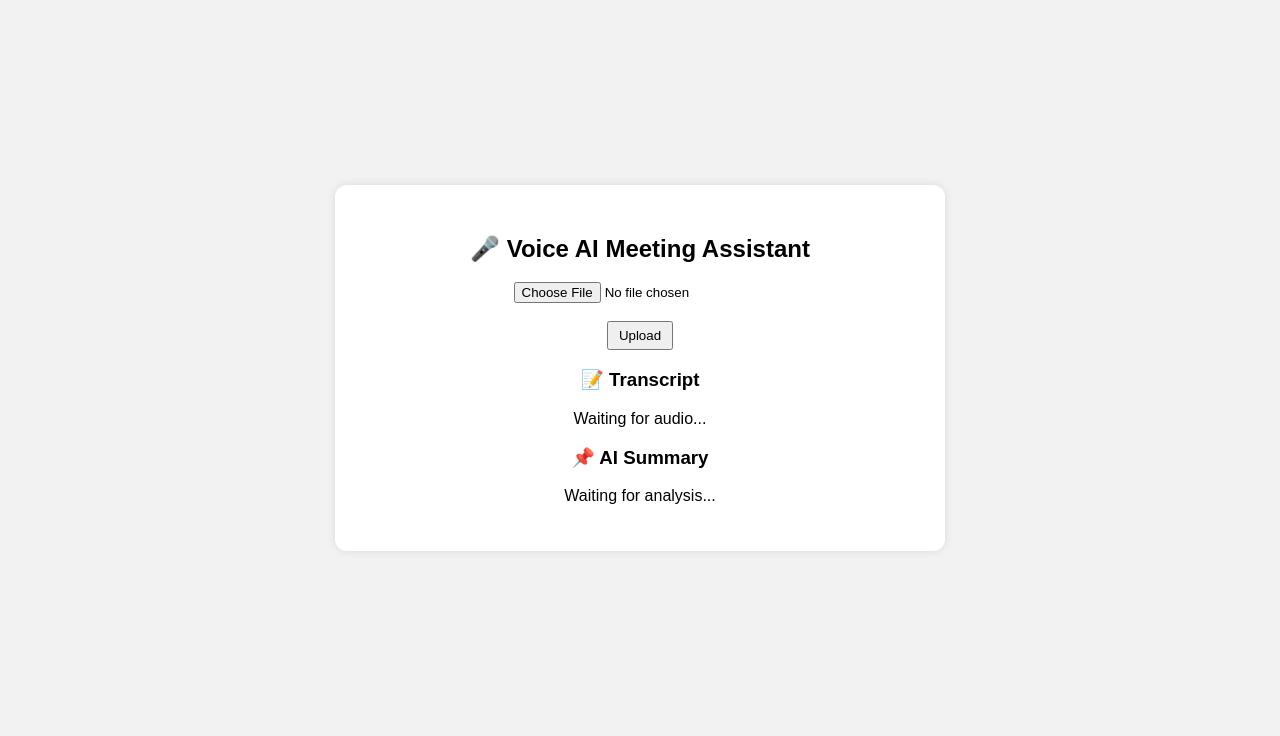
Repository: MujtabaHabib/Voice-AI-Meeting-Assistant
Page: index.html
These files come from the project's save history. The page is drawn as it stood at one moment and after a run of saves; the edit follows.
The browser window is 1280 px wide. The pictures show the whole page.

Above is the page before, as saved 2026-02-01 22:10:07.

### index.html
<!DOCTYPE html>
<html lang="en">
<head>
    <meta charset="UTF-8">
    <meta name="viewport" content="width=device-width, initial-scale=1.0">
    <link rel="stylesheet" href="style.css">
    <title>Voice AI Agent</title>
</head>
<body>
    <div class="container">
    <h2>🎤 Voice AI Meeting Assistant</h2>

    <input type="file" name="file" id="audioFile">
    <br><br>
    <button onclick="send()">Upload</button>

    <div class="box">
        <h3>📝 Transcript</h3>
        <p id="transcript">Waiting for audio...</p>
    </div>

    <div class="box">
        <h3>📌 AI Summary</h3>
        <p id="summary">Waiting for analysis...</p>
    </div>
</div>
<script>
    async function send() {
        const file = document.getElementById("audioFile").files[0]
        const form = new FormData()
        form.append("file",file)

        document.getElementById("transcript").innerText = "processing..."
        document.getElementById("summary").innerText = "AI is thinking.."

    const res = await fetch("http://127.0.0.1:8000/voice-agent",{
        method : "POST",
        body : form
    })

    const data = await res.json()

    document.getElementById("transcript").innerText = data.transcript
    document.getElementById("summary").innerText = data.summary
}
</script>
</body>
</html>

### style.css
body{
    font-family:Arial,sans-serif;
    height: 100vh;
    background-color: #f2f2f2;
    display: flex;
    align-items: center;
    justify-content: center;
}

.container{
    background-color: white;
    padding: 30px;
    width: 550px;
    border-radius: 12px;
    box-shadow: 0 0 10px rgba(0,0,0,0.1);
    text-align: center;
}

button{
    padding: 5px 10px;
}

After the next 7 saves:
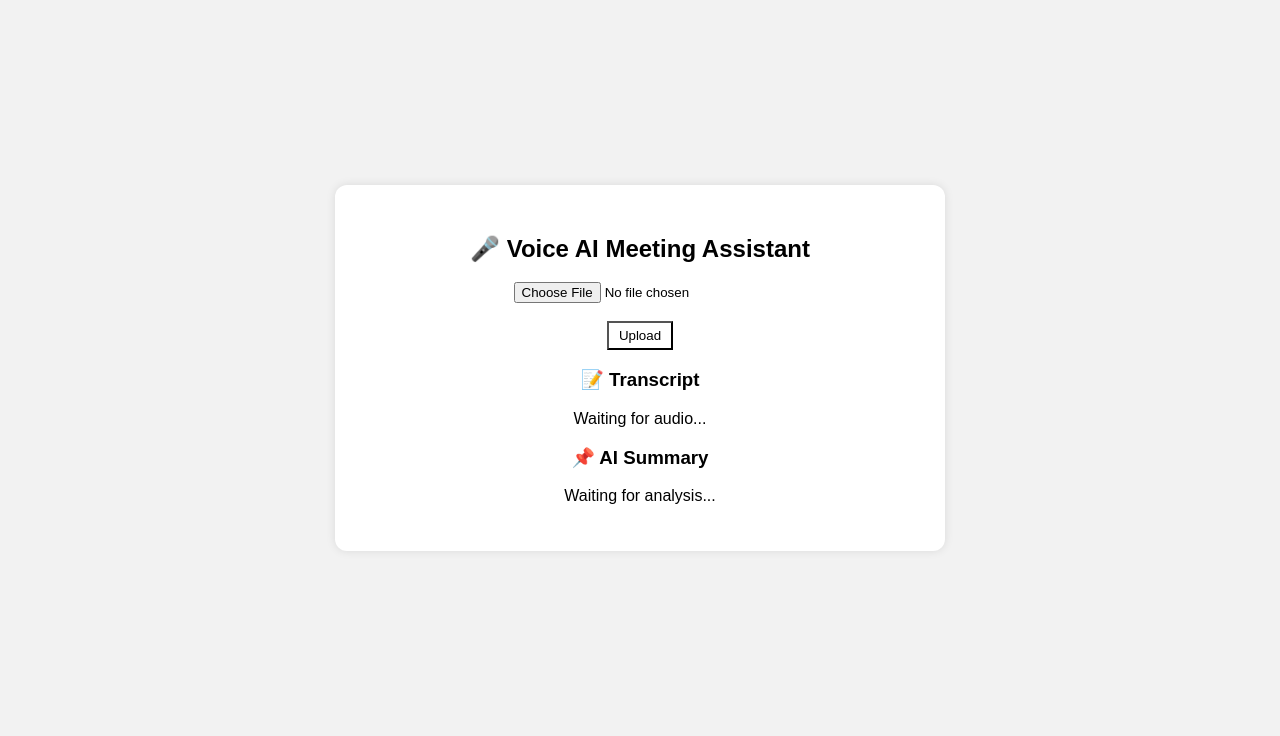
The 7 saves are shown as one change because they came seconds apart.
The last was saved 75 s later.
--- a/style.css
+++ b/style.css
@@ -18,4 +18,6 @@ body{
 
 button{
     padding: 5px 10px;
+    background: #4CAF50;
+    background-color:white;
 }
